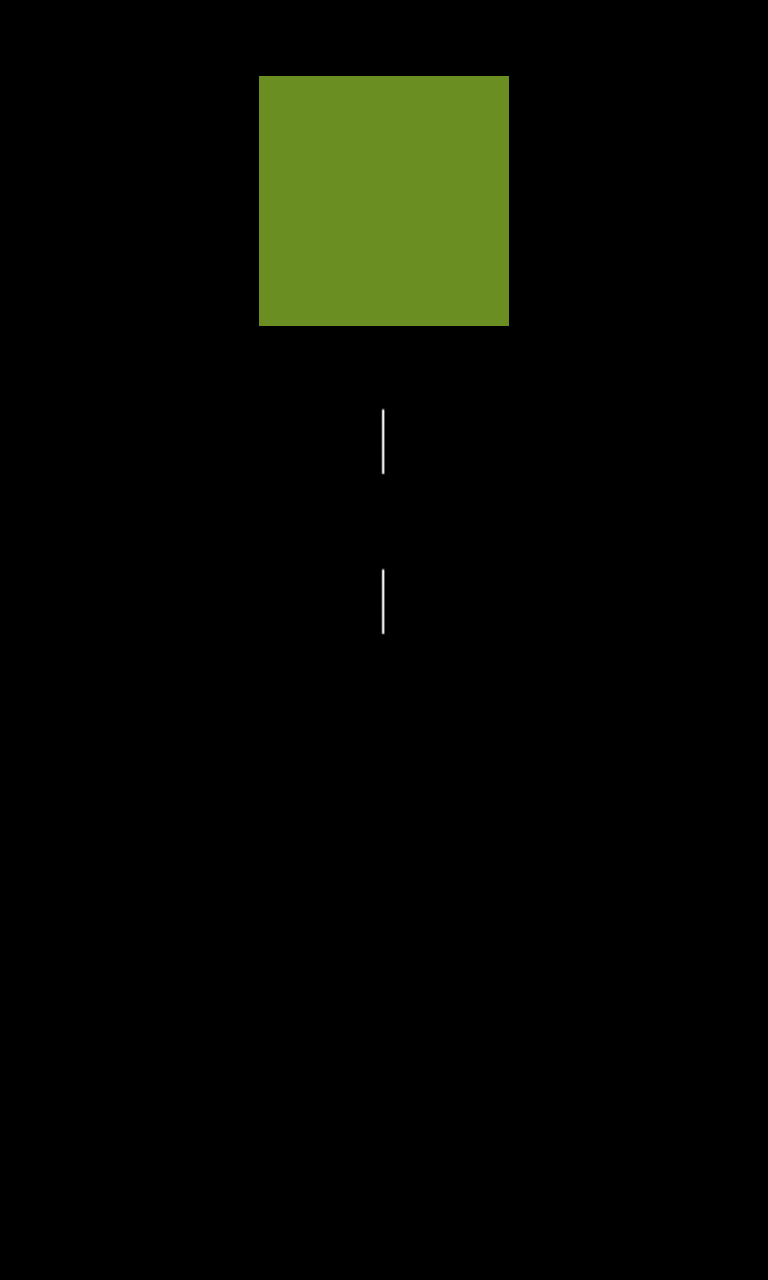
Repository: L8/open_robot
Layout: Android/TouchRobot/res/layout/main.xml
The author's editor kept a copy of each file at every save. The layout is drawn from the files as they stood at one save, then again after the next save.
It is drawn on a 768 x 1280 px phone screen (xhdpi) without system bars, with theme android:Theme; the app's code is not run.

Above is the layout before, as saved 2010-10-17 21:21:32.

After the next save:
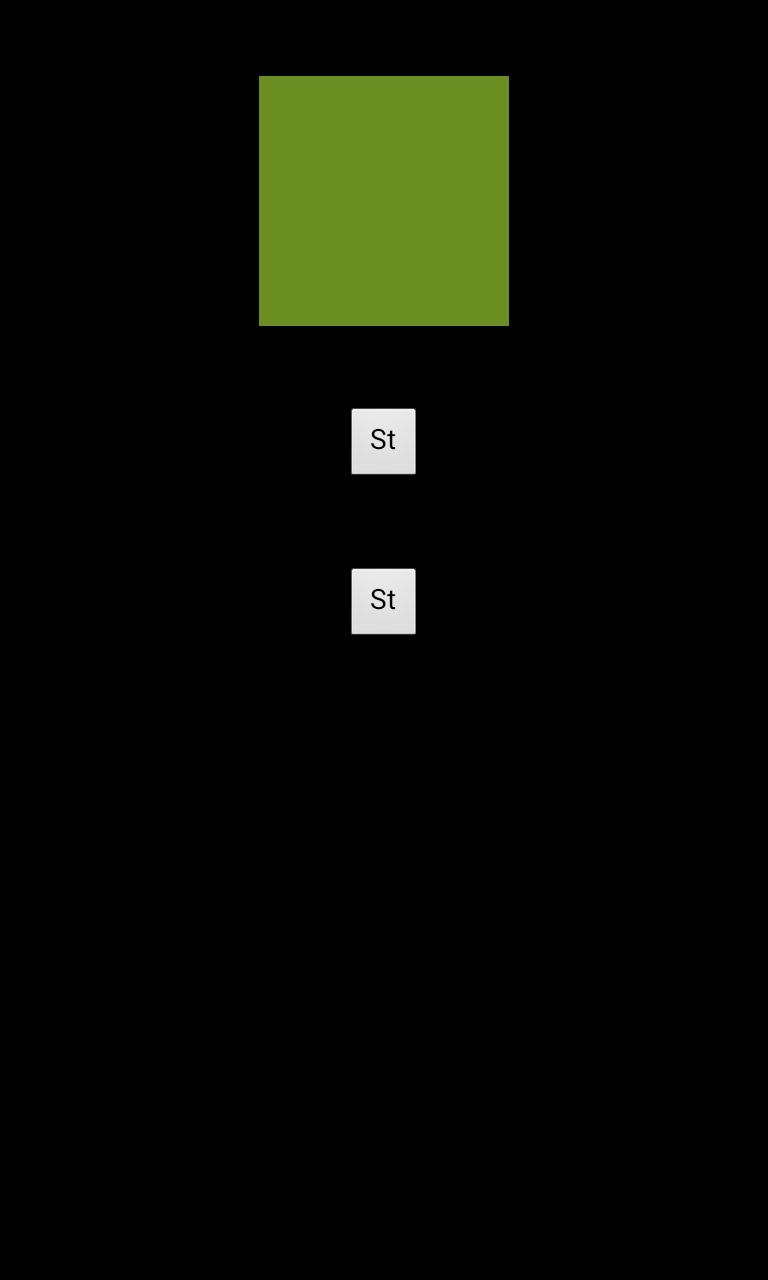
Saved 11 s later.
--- a/Android/TouchRobot/res/layout/main.xml
+++ b/Android/TouchRobot/res/layout/main.xml
@@ -43,7 +43,7 @@
   		android:visibility="invisible"/>
 
   	<Button android:id="@+id/kill_button"
-    android:layout_width="15px"
+    android:layout_width="80px"
   	android:layout_height="80px"
     android:layout_alignParentBottom="true"
     android:text="Stop please" />
@@ -57,7 +57,7 @@
   		android:visibility="invisible"/>
 
   	<Button android:id="@+id/kill_button"
-    android:layout_width="15px"
+    android:layout_width="80px"
   	android:layout_height="80px"
     android:layout_alignParentBottom="true"
     android:text="Stop please" />
